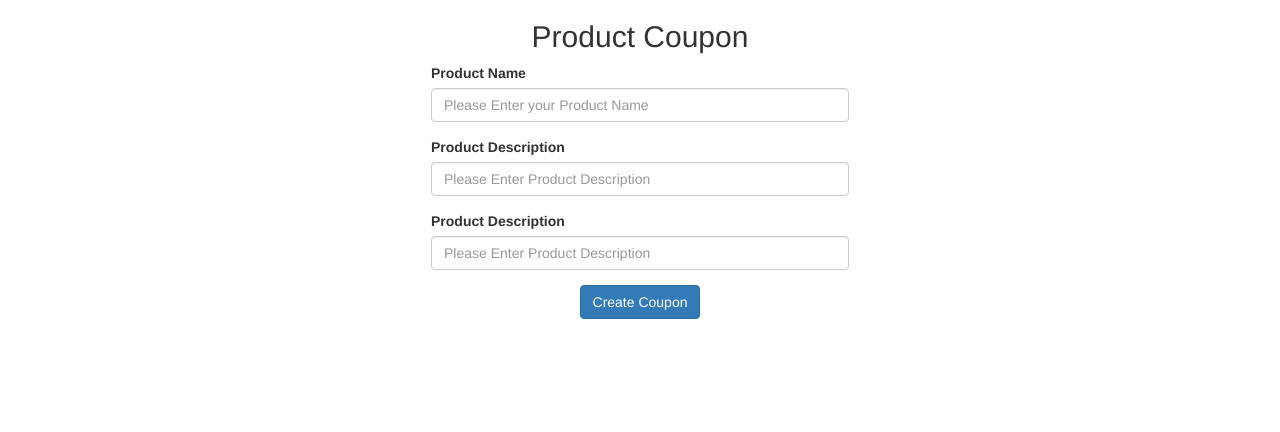
Repository: krutishilp/Sample
Page: http://localhost/couponandproductproject/createProduct.jsp
These files come from the project's save history. The page is drawn as it stood at one moment and after the next save; the edit follows.
The browser window is 1280 px wide. The pictures show the whole page.
The page is served by Tomcat 9. Other server files are loaded and not shown.

Above is the page before, as saved 2020-09-04 06:38:54.

### JAVA-Eclipse-workspace/couponandproductproject/src/main/webapp/createProduct.jsp
<!DOCTYPE html>
<html>
<head>
<meta charset="ISO-8859-1">
<title>Create Coupon</title>
<link rel="stylesheet"
	href="https://maxcdn.bootstrapcdn.com/bootstrap/3.3.7/css/bootstrap.min.css"
	integrity="sha384-BVYiiSIFeK1dGmJRAkycuHAHRg32OmUcww7on3RYdg4Va+PmSTsz/K68vbdEjh4u"
	crossorigin="anonymous">
<style type="text/css">
.container {
	width: 35%;
	align-content: center;
}
</style>

</head>
<body>
	<div class="container">

		<form action="product" method="post">
			<h2 class="text-center">Product Coupon</h2>

			<div class="form-group">
				<label for="productname">Product Name</label> <input type="text"
					class="form-control" name="productName" id="productname" required
					placeholder="Please Enter your Product Name">
			</div>

			<div class="form-group">
				<label for="pdescription">Product Description</label> <input type="text"
					class="form-control" name="productDescription" id="pdescription" required
					placeholder="Please Enter Product Description">
			</div>

			<div class="form-group">
				<label for="pdescription">Product Description</label> <input type="text"
					class="form-control" name="productDescription" id="pdescription" required
					placeholder="Please Enter Product Description">
			</div>

			<div class="form-group">
				<input type="hidden"
					class="form-control" name="action" value="createCoupon" required>
			</div>
			<div class="text-center">
				<input type="submit" class="btn btn-primary"
					value="Create Coupon">
			</div>
		</form>
	</div>

</body>
</html>

After the next save:
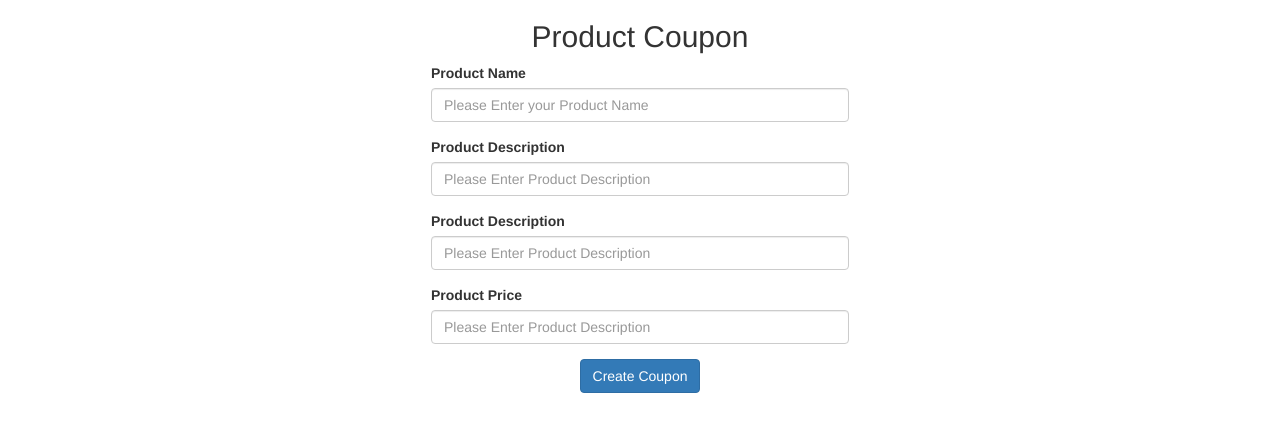
Saved 49 s later.
--- a/JAVA-Eclipse-workspace/couponandproductproject/src/main/webapp/createProduct.jsp
+++ b/JAVA-Eclipse-workspace/couponandproductproject/src/main/webapp/createProduct.jsp
@@ -39,6 +39,14 @@
 					placeholder="Please Enter Product Description">
 			</div>
 
+
+			<div class="form-group">
+				<label for="productprice">Product Price</label> <input type="number"
+					class="form-control" name="productPrice" id="productprice" required
+					placeholder="Please Enter Product Description">
+			</div>
+
+
 			<div class="form-group">
 				<input type="hidden"
 					class="form-control" name="action" value="createCoupon" required>
